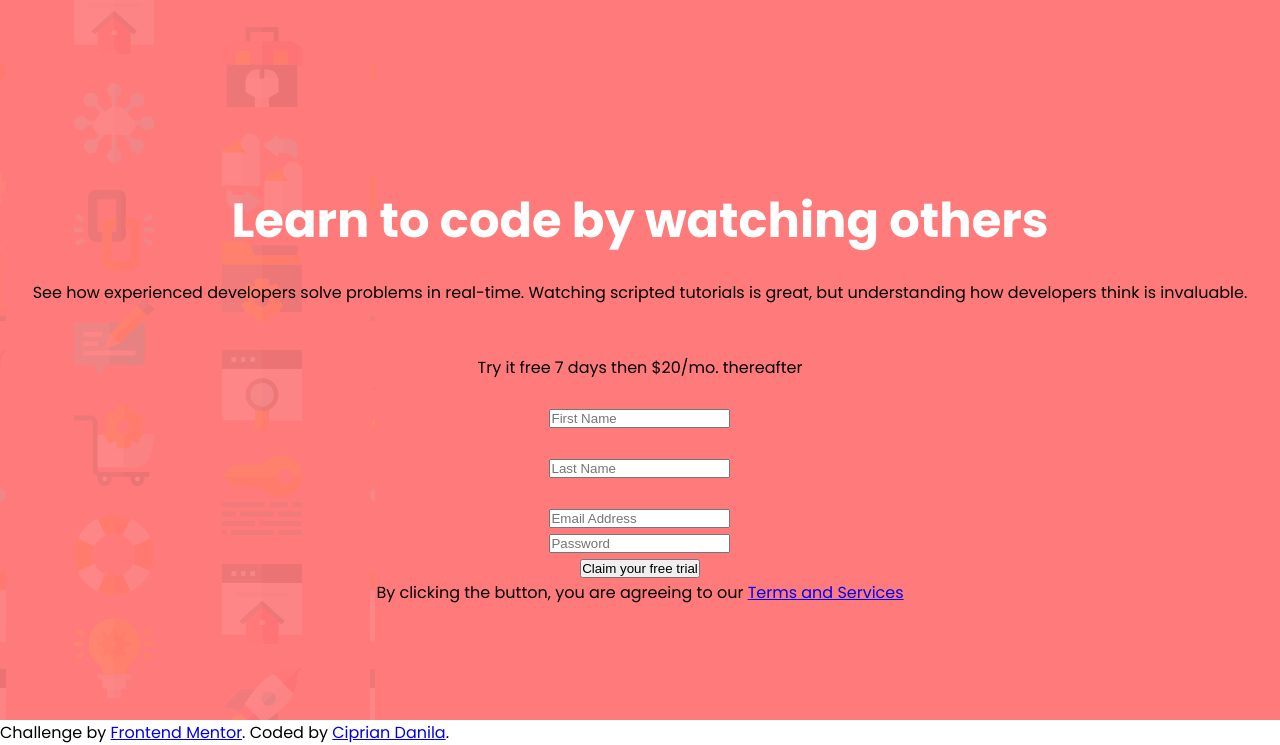
Repository: cipdanila/intro-component-with-sign-up-form
Page: index.html
These files come from the project's save history. The page is drawn as it stood at one moment and after the next save; the edit follows.
The browser window is 1280 px wide. The pictures show the whole page.

Above is the page before, as saved 2024-02-14 20:21:51.

After the next save:
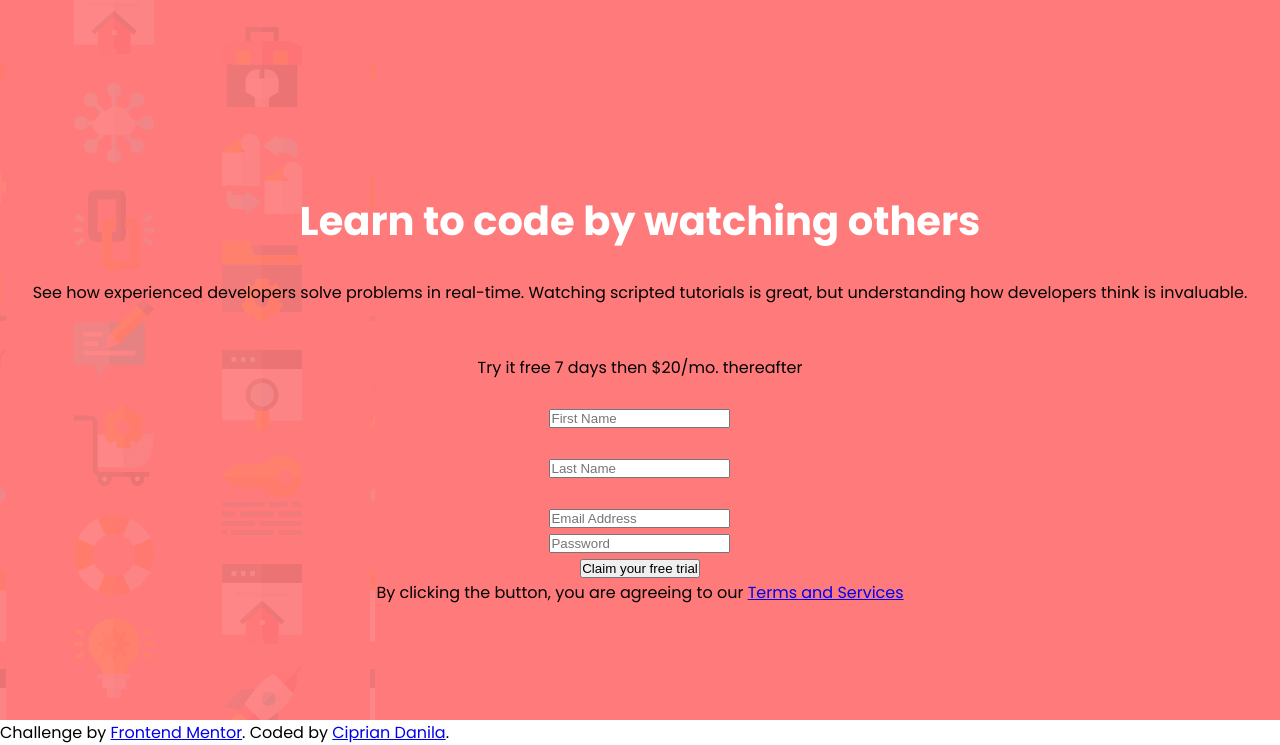
Saved 8 s later.
--- a/css/styles.css
+++ b/css/styles.css
@@ -69,7 +69,7 @@
 }
 
 .intro-container h1 {
-    font-size: 3rem;
+    font-size: 2.5rem;
     font-weight: 700;
     color: #fff;
     line-height: 3.3rem;
